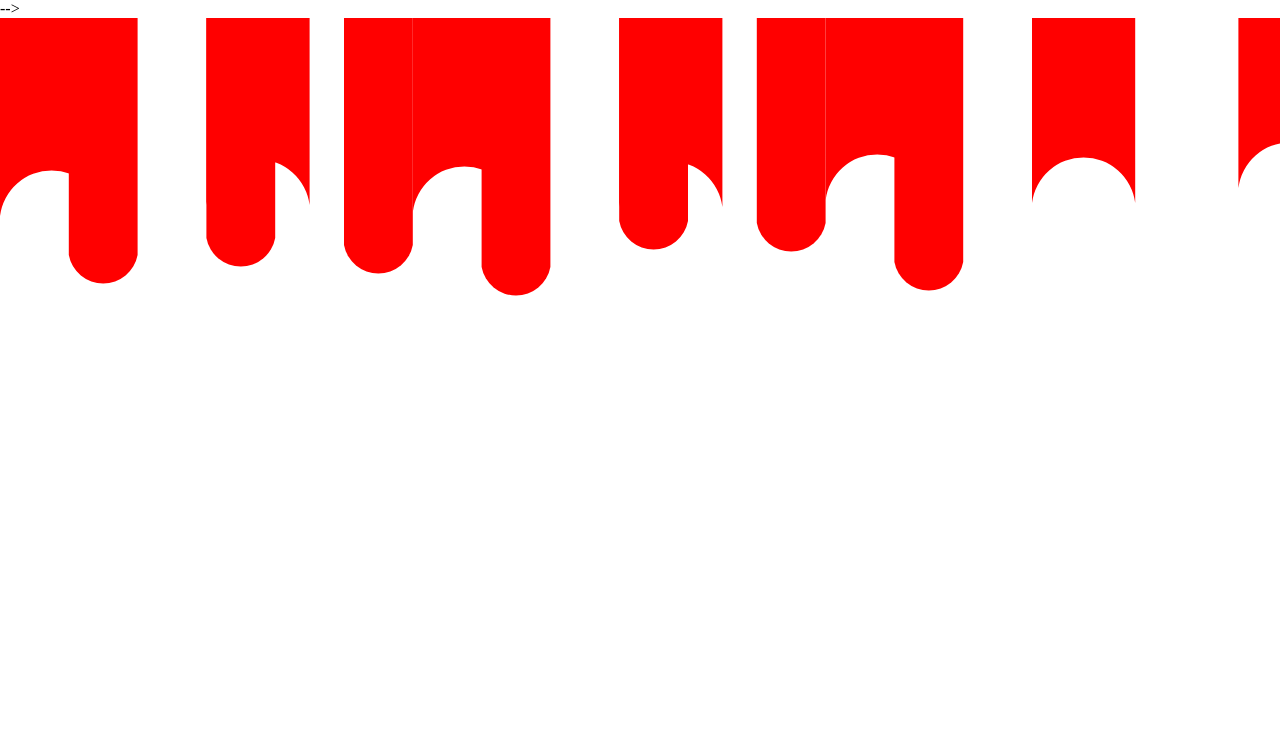
Repository: l-ollie/drip
Page: index.html
An editor plug-in stored every save of this project. The page is shown before and after the next save, followed by the edit.
The browser window is 1280 px wide. The pictures show the whole page.

Above is the page before, as saved 2022-06-30 16:59:57.

After the next save:
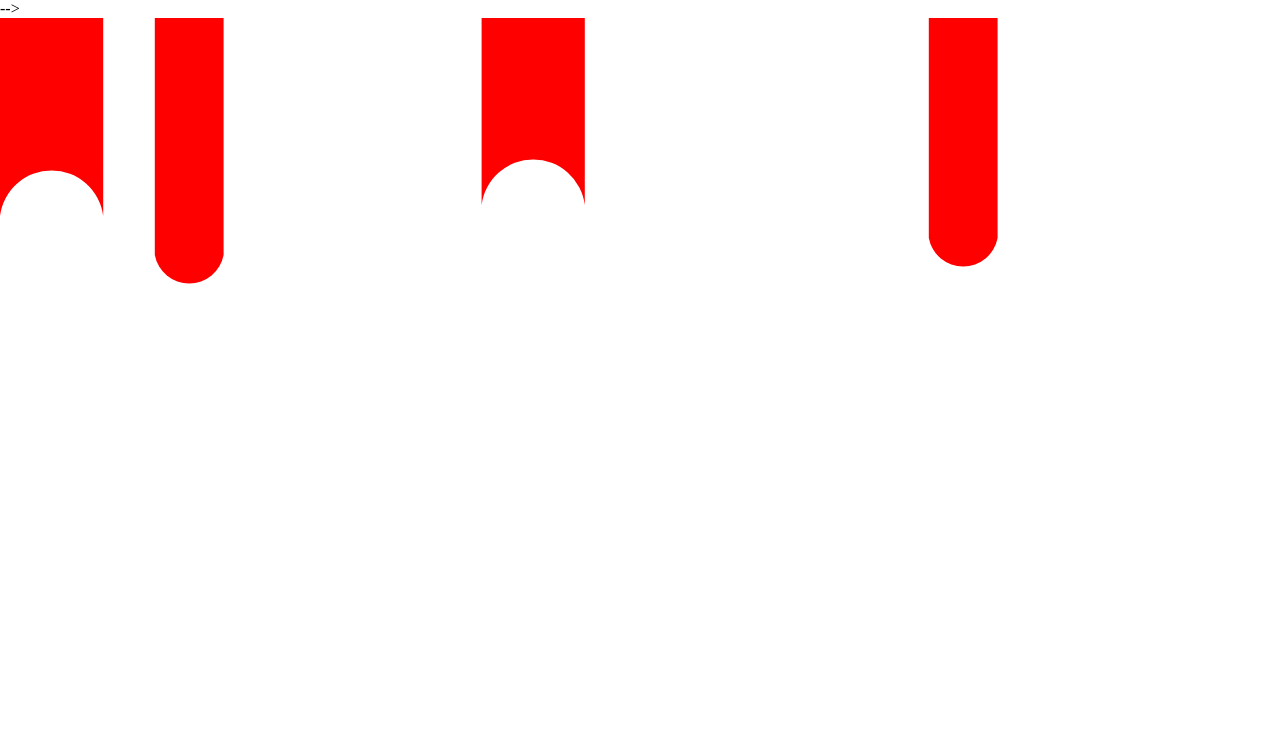
Saved 2 min 49 s later.
--- a/drip.js
+++ b/drip.js
@@ -45,7 +45,7 @@
 			let _svg = document.createElementNS('http://www.w3.org/2000/svg', createElement);
 			const halfWidth = Math.ceil(width / 2);
 			const _singlePath = `M ${i *
-				width} 0 v ${height} a ${halfWidth} ${halfWidth} ${arc} ${width} 0 v -${height} Z`;
+				currentXPos} 0 v ${height} a ${halfWidth} ${halfWidth} ${arc} ${width} 0 v -${height} Z`;
 
 			for (let y = 0; y < attributes.length; y++) {
 				_svg.setAttributeNS(null, attributes[y][0], attributes[y][1]);
